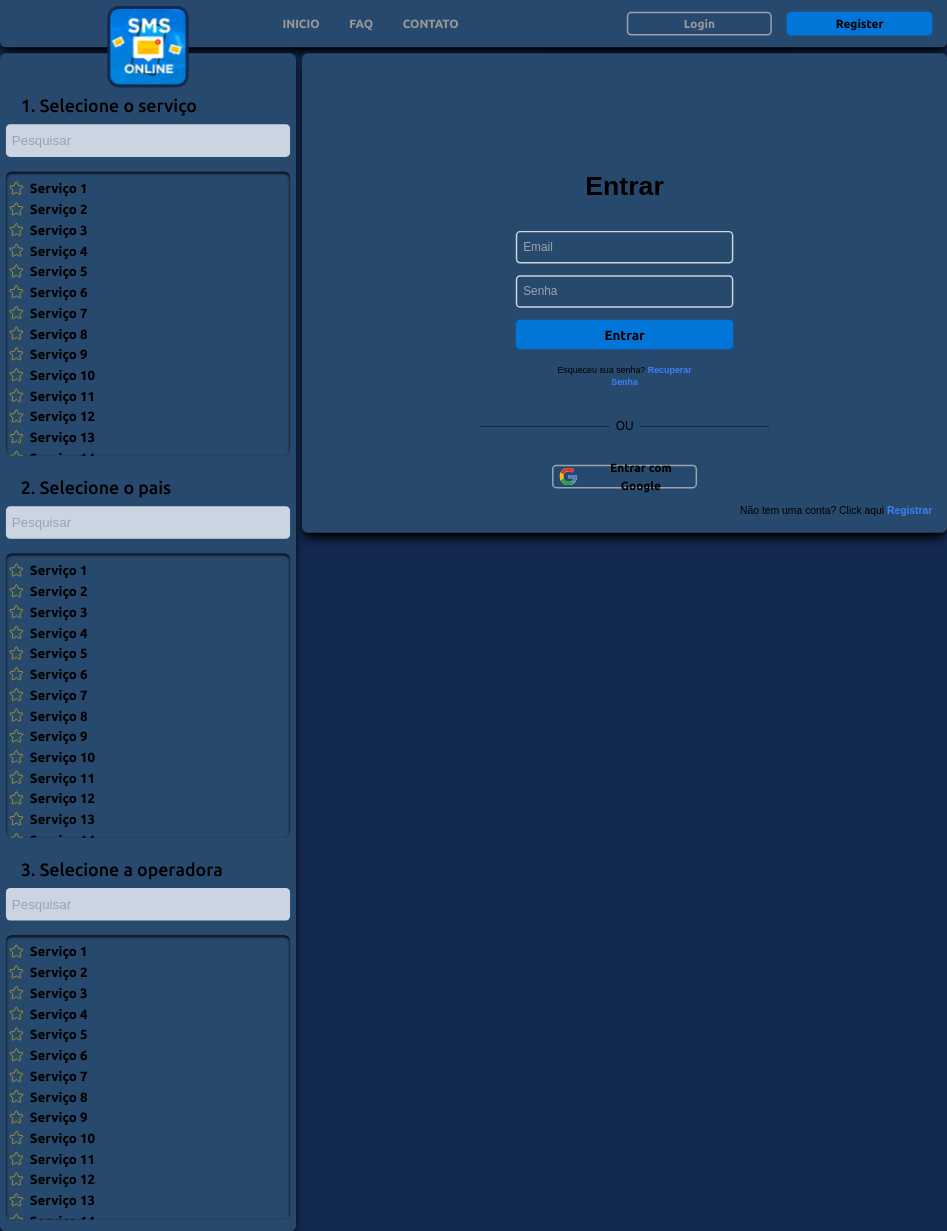
Repository: Felipe-Henrique-Dev/-DIOGO-SMS
Page: /auth
These files come from the project's save history. The page is drawn as it stood at one moment and after the next save; the edit follows.
The browser window is 1280 px wide. The pictures show the whole page, at 74% of full size.
The project was rebuilt for these pictures with package versions that can differ from the ones it lists, and the page was loaded fresh each time. The framework's server and built-in components were replaced by stand-ins that run in the browser. Also part of the build but not shown: next.config.ts.

Above is the page before, as saved 2024-12-16 22:57:58.

### src/app/layout.tsx
import type { Metadata } from "next";
import "./globals.css";
import Header from "@/components/main/Header";
import Main from "@/components/main/Main";
import WebApp from "@/components/main/WebApp";



export const metadata: Metadata = {
  title: "Create Next App",
  description: "Generated by create next app",
};

export default function RootLayout({
  children,
}: Readonly<{
  children: React.ReactNode;
}>) {
  return (
    <html lang="pt-br">
      <body className={`antialiased`}>
        <Header />
        <Main>
          <WebApp />
          {children}
        </Main>
      </body>
    </html>
  );
}

### src/app/auth/page.tsx
/* eslint-disable @typescript-eslint/no-unused-vars */
'use client'
import { Button } from "@/components/main/Button";
import { Input } from "@/components/main/Input";
import Section from "@/components/main/Section";
import Image from "next/image";
import { useState } from "react";

export default function Auth() {
  const [sectionSelected, setSectionSelected] = useState("login");
  return (
    <Section className="flex flex-col items-center justify-start pt-40 h-[90svh] px-60 gap-10 sticky top-[4.5rem] ">
      <div
        className="text-sm absolute bottom-5 right-5 cursor-pointer "
        onClick={() => {
          setSectionSelected(sectionSelected === "login" ? "register" : "login");
        }}
      >
        {
          sectionSelected === 'login' ?
            "Não tem uma conta? Click aqui" :
            "Já tem uma conta? Click aqui"
        }
        {
          sectionSelected === 'login' ?
            <b className="text-blue-500 hover:scale-110 hover:border-b-[1px] border-blue-500 cursor-pointer "> Registrar</b> :
            <b className="text-blue-500 hover:scale-110"> Entrar</b>
        }
      </div>

      <h1 className="text-4xl font-bold text-center">
        {
          sectionSelected === "login" ? "Entrar" : "Registrar"
        }
      </h1>
      {
        sectionSelected === "login" ? <Login /> : <Register />
      }
      <div className="flex justify-center items-center gap-2 w-full">
        <hr className="w-1/2 h-px border-black rounded-full " />
        <span>OU</span>
        <hr className="w-1/2 h-px border-black rounded-full" />
      </div>
      <Button
        type="button"
        onClick={() => {
          setSectionSelected("register");
        }}
        size="sm"
        isLoading={false}
        className="flex items-center justify-center gap-5"
        bgColor="none"
      >
        <Image className="size-6" src="/icons/icon-google.svg" alt="Google" width={20} height={20} />
        Entrar com Google
      </Button>

    </Section>
  );
}





const Register = () => {
  return (
    <div className="w-full flex flex-col items-center justify-center  gap-5 ">
      <Input
        type="email"
        placeholder="Email"
        bgColor="none"
        />
      <Input
        type="password"
        placeholder="Senha"
        bgColor="none"
        />
      <Input
        type="password"
        placeholder="Confirmar Senha"
        bgColor="none"
        />
      <Button
          type="submit"
          onClick={() => {}}
          size="md"
          isLoading={false}
        >
        Registrar
      </Button>
      <span className="text-xs w-1/2 text-center">
        Se Registrando você concorda com nossa <b className="text-blue-500 hover:scale-110 hover:border-b-[1px] border-blue-500 cursor-pointer ">Política de Dados</b> e <b className="text-blue-500 hover:scale-110 hover:border-b-[1px] border-blue-500 cursor-pointer ">Política de Cookies</b>.
      </span>
    </div>
  );
};


const Login = () => {
  return (
    <div className="w-full flex flex-col items-center justify-center  gap-5 ">
      <Input
        type="email"
        placeholder="Email"
        bgColor="none"
        />
      <Input
        type="password"
        placeholder="Senha"
        bgColor="none"
        />
      <Button
          type="submit"
          onClick={() => {}}
          size="md"
          isLoading={false}
        >
        Entrar
      </Button>
      <span className="text-xs w-1/2 text-center">
        Esqueceu sua senha? <b className="text-blue-500 hover:scale-110 hover:border-b-[1px] border-blue-500 cursor-pointer ">Recuperar Senha</b>
      </span>
    </div>
  );
};

### src/app/globals.css
@import url('https://fonts.googleapis.com/css2?family=Roboto+Mono&family=Ubuntu:wght@500;700&display=swap');
@tailwind base;
@tailwind components;
@tailwind utilities;


:root {
  --background: hsl(220, 60%, 20%);
  --background-secondary: hsl(211, 47%, 29%);
  --tertiary: hsl(0, 0%, 60%);
  --primary_text: hsl(0, 0%, 100%);
  --light: hsl(213, 27%, 84%);
  --foreground: #171717;
  --color-primary: #000;
  --color-secondary: hsl(208, 98%, 43%);
}


body {
  color: var(--tertiary);
  background: var(--background);
  font-family: Arial, Helvetica, sans-serif;
}

::-webkit-scrollbar {
  width: 5px;
  height: 10px;
}

::-webkit-scrollbar-track {
  background-color: var(--background);
}

::-webkit-scrollbar-thumb {
  background: var(--color-secondary);
  border-radius: 10px;
}

::-webkit-scrollbar-thumb:hover {
  background-color: var(--color-highlight-hover);
}

### src/components/main/Header.tsx
import React from "react";
import { Button } from "./Button";


export default function Header() {
  return (
    <header className="h-16 bg-background_secondary shadow-lg shadow-black max-w-screen-2xl m-auto top-0 items-center justify-between  flex rounded-b-lg px-5 z-[99] ">
        <span className="text-white text-lg w-1/4 font-bold"></span>
        <nav className="flex gap-10 uppercase font-bold font-ubuntu w-1/3 items-start ">
            <a href="#" className="">Inicio</a>
            <a href="#" className="">FAQ</a>
            <a href="#" className="">Contato</a>
        </nav>
        <div className="container flex justify-between items-center w-1/3 gap-5">
            <Button type="button" size="sm" className="text-tertiary" isLoading={false} bgColor="none">Login</Button>
            <Button type="button" size="sm" isLoading={false} bgColor="primary">
                Register
            </Button>
        </div>
    </header>
  );
}

### src/components/main/Main.tsx
import React from "react";

export default function Main({
  children,
}: Readonly<{
  children: React.ReactNode;
}>) {
  return (
    <main className="container max-w-screen-2xl mx-auto flex pt-2 gap-2 ">
      {children}
    </main>
  );
}

### src/components/main/WebApp.tsx
'use client'
import React from "react";
import { Input } from "./Input";
import { useForm } from "react-hook-form"
import Image from "next/image";
import {  IconX } from '@tabler/icons-react';



export default function WebApp() {
  const [selectService, setSelectService] = React.useState<{ title: string; valor: number; numberDispobilize: number; id: string } | null>(null);
  const [selectCountry, setSelectCountry] = React.useState<{ title: string; valor: number; numberDispobilize: number; id: string } | null>(null);
  const [selectOperator, setSelectOperator] = React.useState<{ title: string; valor: number; numberDispobilize: number; id: string } | null>(null);

  return (
    <aside className="min-w-[25rem] min-h-[90svh] shadow-lg shadow-black bg-background_secondary text-pri sticky left-0 top-[4.5rem] rounded-lg flex flex-col p-2 gap-5  pt-14 z-[999]">
      <Image src="/logo.webp" alt="Logo" width={110} height={110} className="rounded-2xl absolute -top-16 transform -translate-x-1/2 left-1/2 z-[99] border-4 border-background " />
      <Container subTitle="1. Selecione o serviço" list={list} select={selectService} setSelect={setSelectService} />
      <Container subTitle="2. Selecione o pais" list={list} select={selectCountry} setSelect={setSelectCountry} />
      <Container subTitle="3. Selecione a operadora" list={list} select={selectOperator} setSelect={setSelectOperator} />
    </aside>
  );
}


const Container = ({
  list,
  subTitle,
  select,
  setSelect
}: {
  subTitle: string;
  select?: { title: string; valor: number; numberDispobilize: number; id: string } | null;
  setSelect: React.Dispatch<React.SetStateAction<{ title: string; valor: number; numberDispobilize: number; id: string } | null>>;
  list: { title: string; valor: number; numberDispobilize: number; id: string }[];
}) => {
  const { register, watch } = useForm();
  const filter = (watch("filter") || "").toLowerCase();
  const [favorites, setFavorites] = React.useState<string[]>([]);
  const [loading, setLoading] = React.useState<boolean>(true);

  React.useEffect(() => {
    const storedFavorites = JSON.parse(localStorage.getItem("favorites") || "[]");
    setFavorites(storedFavorites);
    setLoading(false);
  }, []);

  const setFavoriteInStorage = (item: string) => {
    const newFavorites = favorites.includes(item)
      ? favorites.filter(favorite => favorite !== item)
      : [...favorites, item];

    setFavorites(newFavorites);
    localStorage.setItem("favorites", JSON.stringify(newFavorites));
  };

  // Primeiro filtrar e ordenar a lista antes do map
  const filteredAndSortedList = React.useMemo(() => {
    return list
      .filter(item => item.title.toLowerCase().includes(filter))
      .sort((a, b) => {
        const aFav = favorites.includes(a.id);
        const bFav = favorites.includes(b.id);
        if (aFav && !bFav) return -1;
        if (!aFav && bFav) return 1;
        return 0;
      });
  }, [list, filter, favorites]);

  if (loading) return <div>Carregando...</div>;

  return (
    <div className="flex flex-col gap-2  ">
      <span className="text-2xl w-full text-start px-5 text-black font-ubuntu ">{subTitle}</span>
      {
        select ?
          <div className="flex w-full bg-slate-300 rounded-lg h-10 items-center justify-start px-5 gap-5 ">
            <button onClick={() => setSelect(null)} className="flex items-center justify-center gap-2 h-8 min-w-8 rounded-xl border-red-500 border-[1px] text-black">
               <IconX className="w-5 h-5" />
            </button>
            <span className="text-lg font-bold min-w-8 h-8 rounded-full text-center bg-white ">I</span>
            <span className="text-lg font-bold w-auto text-center text-black font-roboto ">{select.title}</span>
          </div>
        :
        <>
          <Input type="text" placeholder="Pesquisar" size="lg" register={register("filter")} />
          <div className="h-96 shadow-inner shadow-black py-2 w-full my-2 overflow-x-auto scroll-smooth rounded-lg p-1 text-black font-ubuntu ">
            {filteredAndSortedList.map((item) => (
              <div className="w-full flex items-center justify-start gap-2" key={item.id}>
                <Stars
                  stars={favorites.includes(item.id)}
                  setFavorite={() => setFavoriteInStorage(item.id)}
                />
                <button className="flex flex-col font-black" onClick={() => setSelect(item)}>
                  <span className="text-lg font-bold w-full text-center">{item.title}</span>
                </button>
              </div>
            ))}
          </div>
        </>
      }
    </div>
  );
};



const list = [
  {
    id: "1",
    title: "Serviço 1",
    valor: 10.00,
    numberDispobilize: 6000,
  },
  {
    id: "2",
    title: "Serviço 2",
    valor: 20.00,
    numberDispobilize: 5000,
  },
  {
    id: "3",
    title: "Serviço 3",
    valor: 30.00,
    numberDispobilize: 4000,
  },
  {
    id: "4",
    title: "Serviço 4",
    valor: 40.00,
    numberDispobilize: 3000,
  },
  {
    id: "5",
    title: "Serviço 5",
    valor: 50.00,
    numberDispobilize: 2000,
  },
  {
    id: "6",
    title: "Serviço 6",
    valor: 60.00,
    numberDispobilize: 1000,
  },
  {
    id: "7",
    title: "Serviço 7",
    valor: 70.00,
    numberDispobilize: 900,
  },
  {
    id: "8",
    title: "Serviço 8",
    valor: 80.00,
    numberDispobilize: 800,
  },
  {
    id: "9",
    title: "Serviço 9",
    valor: 90.00,
    numberDispobilize: 700,
  },
  {
    id: "10",
    title: "Serviço 10",
    valor: 100.00,
    numberDispobilize: 600,
  },
  {
    id: "11",
    title: "Serviço 11",
    valor: 110.00,
    numberDispobilize: 500,
  },
  {
    id: "12",
    title: "Serviço 12",
    valor: 120.00,
    numberDispobilize: 400,
  },
  {
    id: "13",
    title: "Serviço 13",
    valor: 130.00,
    numberDispobilize: 300,
  },
  {
    id: "14",
    title: "Serviço 14",
    valor: 140.00,
    numberDispobilize: 200,
  },
  {
    id: "15",
    title: "Serviço 15",
    valor: 150.00,
    numberDispobilize: 100,
  }
];

const Stars = ({stars, setFavorite} : {stars: boolean, setFavorite: () => void}) => {
  return (
      <>
          {
              !stars?
              <svg width="20" height="20" viewBox="0 0 13 12" fill="none" xmlns="http://www.w3.org/2000/svg" onClick={setFavorite} className="cursor-pointer" >
                  <path d="M6.49956 9.51326L9.26623 11.1866C9.77289 11.4933 10.3929 11.0399 10.2596 10.4666L9.52623 7.31992L11.9729 5.19993C12.4196 4.81326 12.1796 4.07993 11.5929 4.03326L8.37289 3.75993L7.11289 0.786592C6.88623 0.246592 6.11289 0.246592 5.88623 0.786592L4.62623 3.75326L1.40623 4.02659C0.81956 4.07326 0.57956 4.80659 1.02623 5.19326L3.47289 7.31326L2.73956 10.4599C2.60623 11.0333 3.22623 11.4866 3.73289 11.1799L6.49956 9.51326Z" fill="none" stroke="#EFC900" strokeWidth="0.5"/>
              </svg>
              :
              <svg width="20" height="20" viewBox="0 0 13 12" fill="none" xmlns="http://www.w3.org/2000/svg" onClick={setFavorite} className="cursor-pointer">
                  <path d="M6.49956 9.51326L9.26623 11.1866C9.77289 11.4933 10.3929 11.0399 10.2596 10.4666L9.52623 7.31992L11.9729 5.19993C12.4196 4.81326 12.1796 4.07993 11.5929 4.03326L8.37289 3.75993L7.11289 0.786592C6.88623 0.246592 6.11289 0.246592 5.88623 0.786592L4.62623 3.75326L1.40623 4.02659C0.81956 4.07326 0.57956 4.80659 1.02623 5.19326L3.47289 7.31326L2.73956 10.4599C2.60623 11.0333 3.22623 11.4866 3.73289 11.1799L6.49956 9.51326Z" fill="#EFC900"/>
              </svg>
          }
      </>
  );
}

### src/components/main/Button.tsx
/* eslint-disable @typescript-eslint/no-explicit-any */
import { cn } from "@/lib/utils";
import React from "react";

export const Button = ({
    className,
    size = "md",
    onClick,
    children,
    type,
    isLoading,
    bgColor = "primary",
}:{
    type: 'button' | 'submit' | 'reset';
    onClick?: (event: React.MouseEvent<HTMLButtonElement>) => void;
    className?: string;
    children: React.ReactNode;
    size?: "sm" | "md" | "lg";
    isLoading: boolean;
    bgColor?: "primary" | "secondary" | "danger" | "none";
}) => {

    const sizes = {
        sm: "w-1/2 h-8 text-base",
        md: "w-3/4 h-10 text-lg",
        lg: "w-full h-14 text-xl",
    };

    const bgColors = {
        primary: "bg-secondary text-black",
        secondary: "bg-gray-500 text-white",
        danger: "bg-red-500 text-white",
        none: "bg-transparent text-black border-gray-400 border-2 "
    };

    return (
        <button
            type={type}
            onClick={onClick}
            className={cn(
                "p-2 rounded-md relative flex items-center justify-center font-bold font-ubuntu hover:scale-105 transition-transform duration-300",
                bgColors[bgColor],
                sizes[size],
                className
            )}
            disabled={isLoading}
        >
            {
                isLoading ? loading() : children
            }
        </button>
    );
}


const loading = () => {
    return (
        <div className="absolute inset-0 bg-gray-300 bg-opacity-50 flex items-center justify-center">
            <div className="animate-spin rounded-full h-12 w-12 border-t-2 border-b-2 border-gray-900"></div>
        </div>
    );
}

### src/components/main/Input.tsx
/* eslint-disable @typescript-eslint/no-unused-vars */
/* eslint-disable @typescript-eslint/no-explicit-any */
import { cn } from "@/lib/utils";
import React from "react";

export const Input = ({
    type,
    placeholder,
    classNameSpan,
    classNameLabel,
    classNameInput,
    label,
    size = "md",
    icon,
    register,
    bgColor = "secondary",
    labelIsHidden = false,
    name
}:{
    type: 'text' | 'password' | 'email';
    placeholder: string;
    classNameSpan?: string;
    classNameLabel?: string;
    classNameInput?: string;
    size?: "sm" | "md" | "lg";
    icon?: React.ReactNode;
    register?: any;
    label?: string;
    bgColor?: "primary" | "secondary" | "danger" | "none";
    labelIsHidden?: boolean;
    name?: string;
}) => {

    const sizes = {
        sm: "w-1/2 h-8 text-sm",
        md: "w-3/4 h-10 text-base",
        lg: "w-full h-12 text-lg",
    };

    const bgColors = {
        primary: "bg-light text-black",
        secondary: "bg-light text-black",
        danger: "bg-red-500 text-black",
        none: "bg-transparent text-black border-gray-300 border-2"
    };


    return (
        <span className={cn(
                "relative flex flex-col",
                sizes[size],
                classNameSpan,
        )}>
            {
                labelIsHidden &&
                <label className={cn(
                    classNameLabel
                )} >
                    {label}
                </label>
            }
            <input
                type={type}
                placeholder={placeholder}
                {...register}
                className={cn(
                    "p-2 rounded-md relative w-full",
                    classNameInput,
                    bgColors[bgColor]
                )}
            />
            {icon}
        </span>

    );
}

### src/components/main/Section.tsx
import { cn } from "@/lib/utils";
import React from "react";

export default function Section({
  children,
  className
}: Readonly<{
  children: React.ReactNode;
  className?: string;
}>) {
  return (
    <section className={cn(
      "p-5 flex flex-col min-h-[90svh] bg-background_secondary w-full text-black items-start justify-start rounded-lg shadow-lg shadow-black",
      className
    )}>
      {children}
    </section>
  );
}

### tailwind.config.ts
import type { Config } from "tailwindcss";

export default {
  content: [
    "./src/pages/**/*.{js,ts,jsx,tsx,mdx}",
    "./src/components/**/*.{js,ts,jsx,tsx,mdx}",
    "./src/app/**/*.{js,ts,jsx,tsx,mdx}",
  ],
  theme: {
    extend: {
      colors: {
        background: "var(--background)",
        foreground: "var(--foreground)",
        background_secondary: "var(--background-secondary)",
        primary: "var(--primary)",
        secondary: "var(--color-secondary)",
        tertiary: "var(--tertiary)",
        light: "var(--light)",

      },
      background : {
        background: "var(--background)",
        background_secondary: "var(--background-secondary)",
        foreground: "var(--foreground)",
      },
      fontFamily: {
        ubuntu: ["Ubuntu", "sans-serif"],
        roboto: ["Roboto", "sans-serif"],
      },
    },
  },
  plugins: [],
} satisfies Config;


// .ubuntu-light {
//   font-family: "Ubuntu", sans-serif;
//   font-weight: 300;
//   font-style: normal;
// }

// .ubuntu-regular {
//   font-family: "Ubuntu", sans-serif;
//   font-weight: 400;
//   font-style: normal;
// }

// .ubuntu-medium {
//   font-family: "Ubuntu", sans-serif;
//   font-weight: 500;
//   font-style: normal;
// }

// .ubuntu-bold {
//   font-family: "Ubuntu", sans-serif;
//   font-weight: 700;
//   font-style: normal;
// }

// .ubuntu-light-italic {
//   font-family: "Ubuntu", sans-serif;
//   font-weight: 300;
//   font-style: italic;
// }

// .ubuntu-regular-italic {
//   font-family: "Ubuntu", sans-serif;
//   font-weight: 400;
//   font-style: italic;
// }

// .ubuntu-medium-italic {
//   font-family: "Ubuntu", sans-serif;
//   font-weight: 500;
//   font-style: italic;
// }

// .ubuntu-bold-italic {
//   font-family: "Ubuntu", sans-serif;
//   font-weight: 700;
//   font-style: italic;
// }

Loaded but not shown: src/lib/utils.ts (common file)

After the next save:
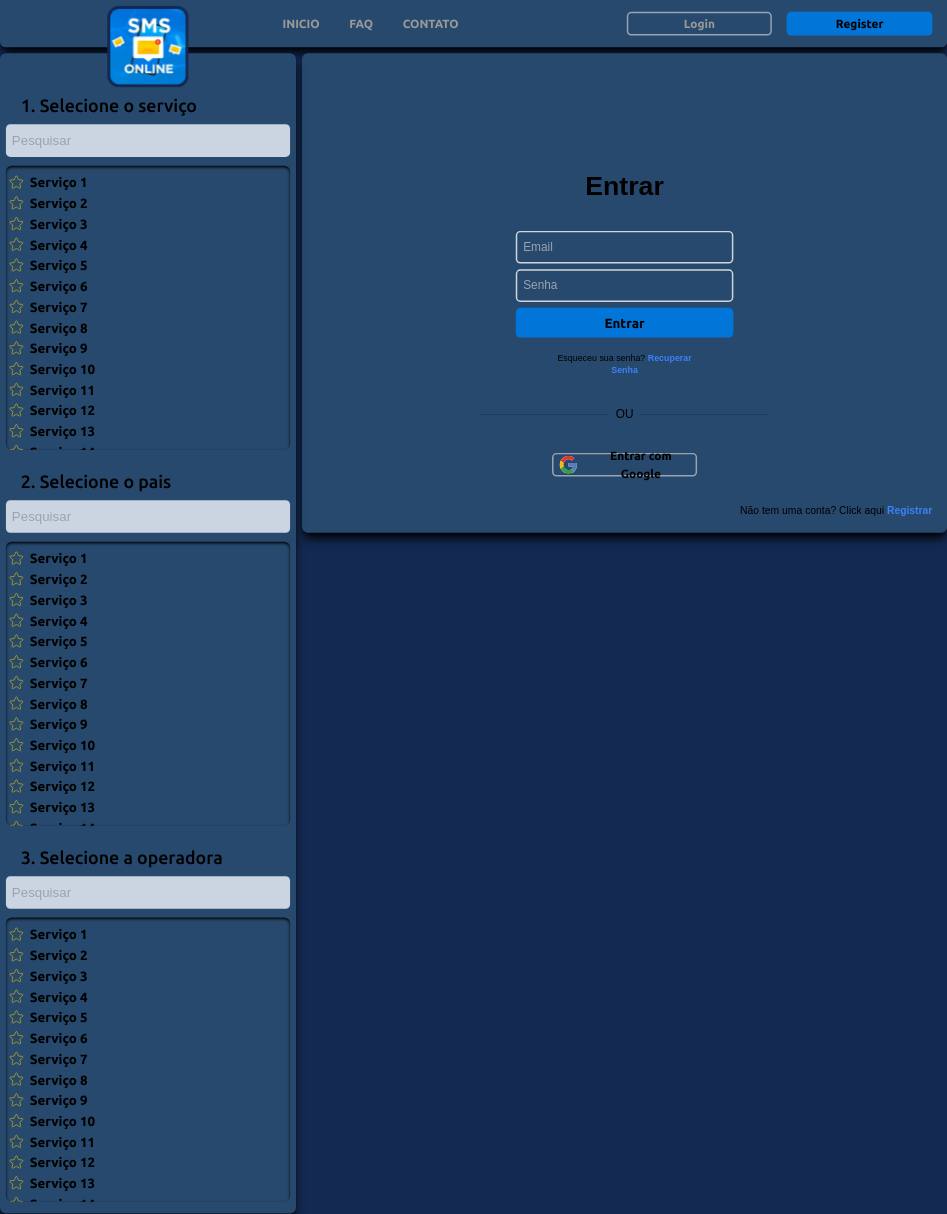
Saved 14 s later.
--- a/src/components/main/Input.tsx
+++ b/src/components/main/Input.tsx
@@ -32,9 +32,9 @@ export const Input = ({
 }) => {
 
     const sizes = {
-        sm: "w-1/2 h-8 text-sm",
-        md: "w-3/4 h-10 text-base",
-        lg: "w-full h-12 text-lg",
+        sm: "w-1/2 h-6 text-sm",
+        md: "w-3/4 h-8 text-base",
+        lg: "w-full h-10 text-lg",
     };
 
     const bgColors = {
